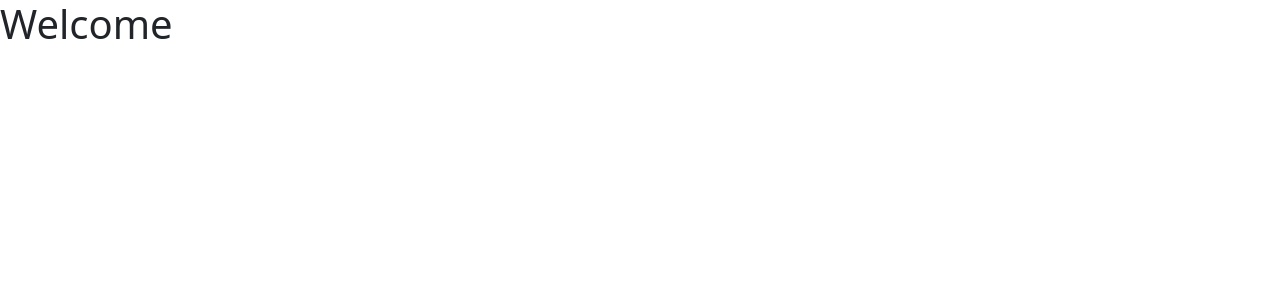
Repository: AvinashLikesToLearnNewStuff/VotingSite
Page: http://localhost/partials/dashboard.php
The author's editor kept a copy of each file at every save. The page is drawn from the files as they stood at one save, then again after the next save.
The browser window is 1280 px wide. The pictures show the whole page.
The page is run by PHP 8.4 with error messages shown; the project is at /var/www/html/.

Above is the page before, as saved 2023-03-10 19:22:18.

After the next save:
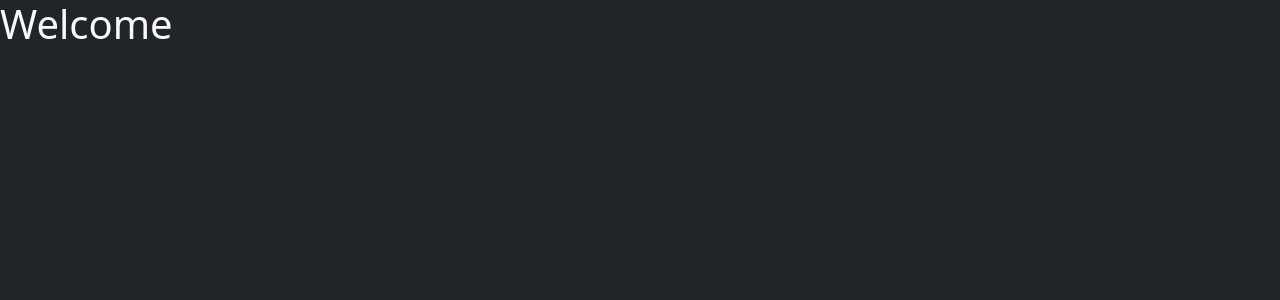
Saved 60 s later.
--- a/partials/dashboard.php
+++ b/partials/dashboard.php
@@ -10,7 +10,7 @@
 
 
 </head>
-<body>
+<body class="bg-dark text-light">
    <h1>Welcome</h1>
 </body>
 </html>
